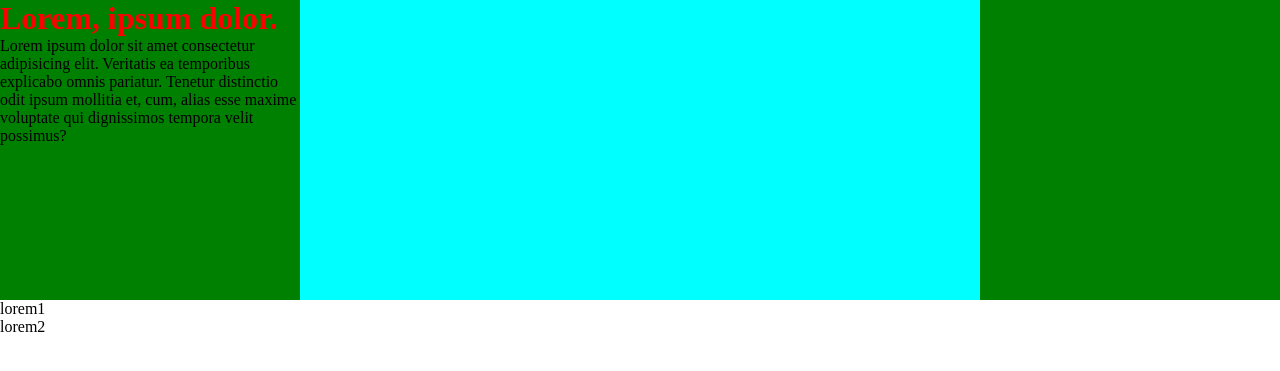
Repository: AytacSafarova/Scss-sample
Page: pages/homePage/index.html
These files come from the project's save history. The page is drawn as it stood at one moment and after the next save; the edit follows.
The browser window is 1280 px wide. The pictures show the whole page.
The style sheet was rebuilt from its Sass, Less or Tailwind sources for each picture, by a compiler version that may differ from the author's.

Above is the page before, as saved 2023-11-09 14:33:37.

After the next save:
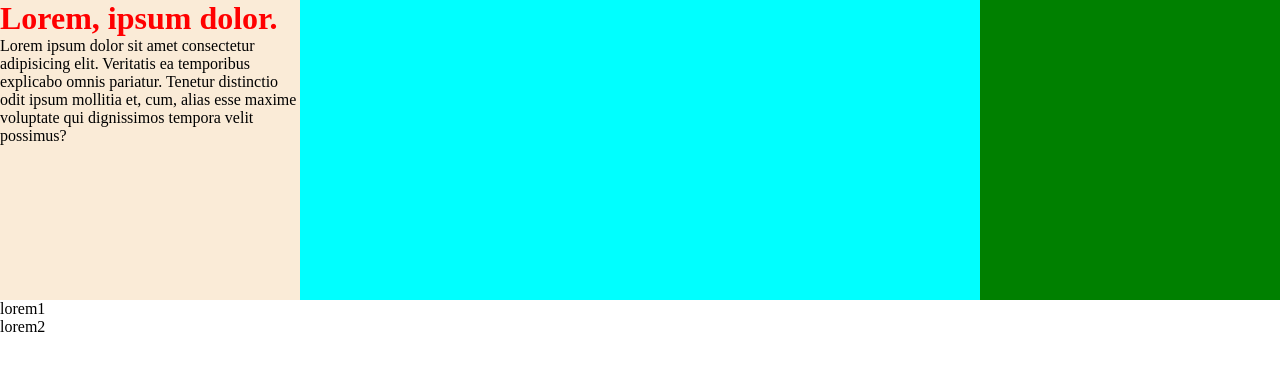
Saved 8 s later.
--- a/pages/homePage/index.scss
+++ b/pages/homePage/index.scss
@@ -44,6 +44,8 @@ $boxColor:green;
 }
 
 .container{
-    .child{}
+    .child{
+        background-color: antiquewhite;
+    }
 
 }
